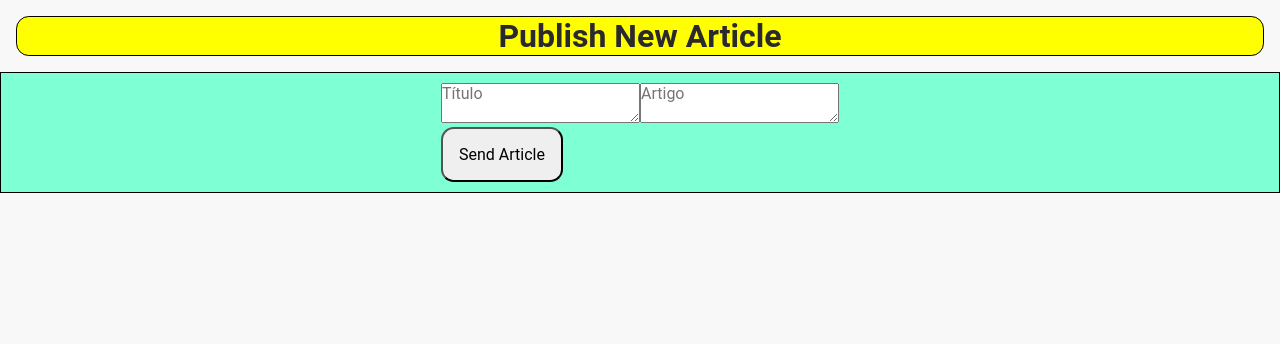
Repository: batmit/publish_articles
Page: /publish
These files come from the project's save history. The page is drawn as it stood at one moment and after the next save; the edit follows.
The browser window is 1280 px wide. The pictures show the whole page.
The project was rebuilt for these pictures with package versions that can differ from the ones it lists, and the page was loaded fresh each time. Also part of the build but not shown: src/pages/articles.tsx, src/pages/article.tsx, src/pages/Home.tsx.

Above is the page before, as saved 2021-06-29 18:29:04.

After the next save:
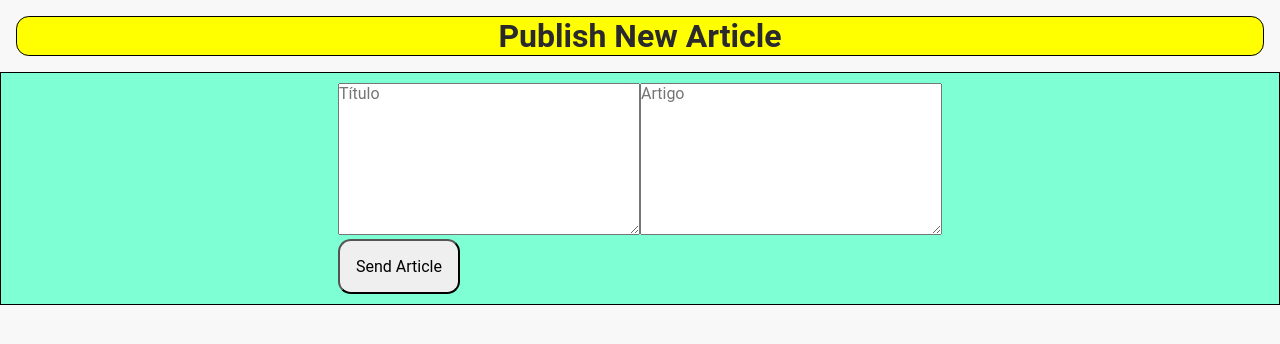
Saved 107 s later.
--- a/src/styles/global.scss
+++ b/src/styles/global.scss
@@ -48,5 +48,9 @@ button:hover {
 }
 
 form {
-
+    textarea {
+        width:300px;
+                height:150px;
+                overflow:auto;
+    }
 }
